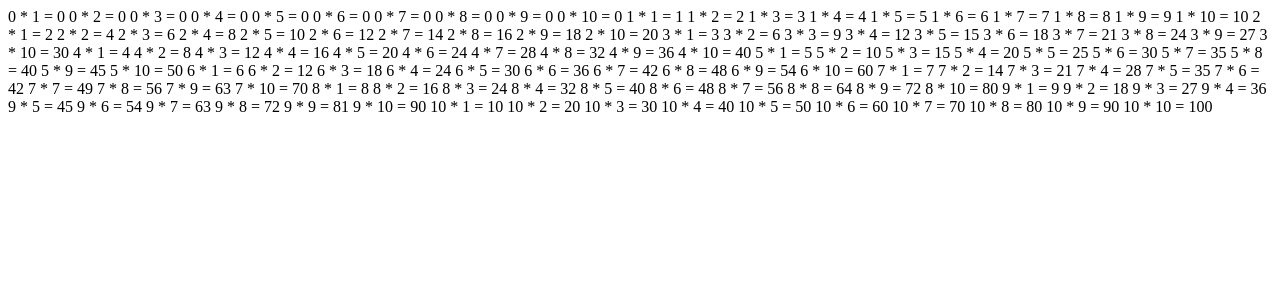
Repository: jpaulopd/PHP
Page: http://localhost/php_iniciante/desafios/numTabuada.php
The author's editor kept a copy of each file at every save. The page is drawn from the files as they stood at one save, then again after the next save.
The browser window is 1280 px wide. The pictures show the whole page.
The page is run by PHP 8.4 with error messages shown; the project is at /var/www/html/.

Above is the page before, as saved 2019-05-22 14:42:46.

After the next save:
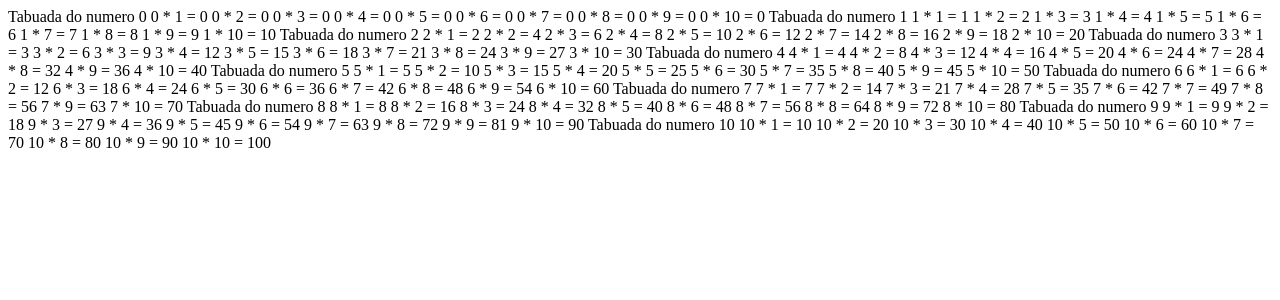
Saved 45 s later.
--- a/eclipsePhp-workspace/php-primeiros-passos/php_iniciante/desafios/numTabuada.php
+++ b/eclipsePhp-workspace/php-primeiros-passos/php_iniciante/desafios/numTabuada.php
@@ -1,6 +1,8 @@
 <?php
 
 for ($i = 0 ; $i <= 10 ; $i++){
+
+    echo "Tabuada do numero $i " . PHP_EOL;
 
     for ($x = 1; $x <= 10; $x ++){
 
